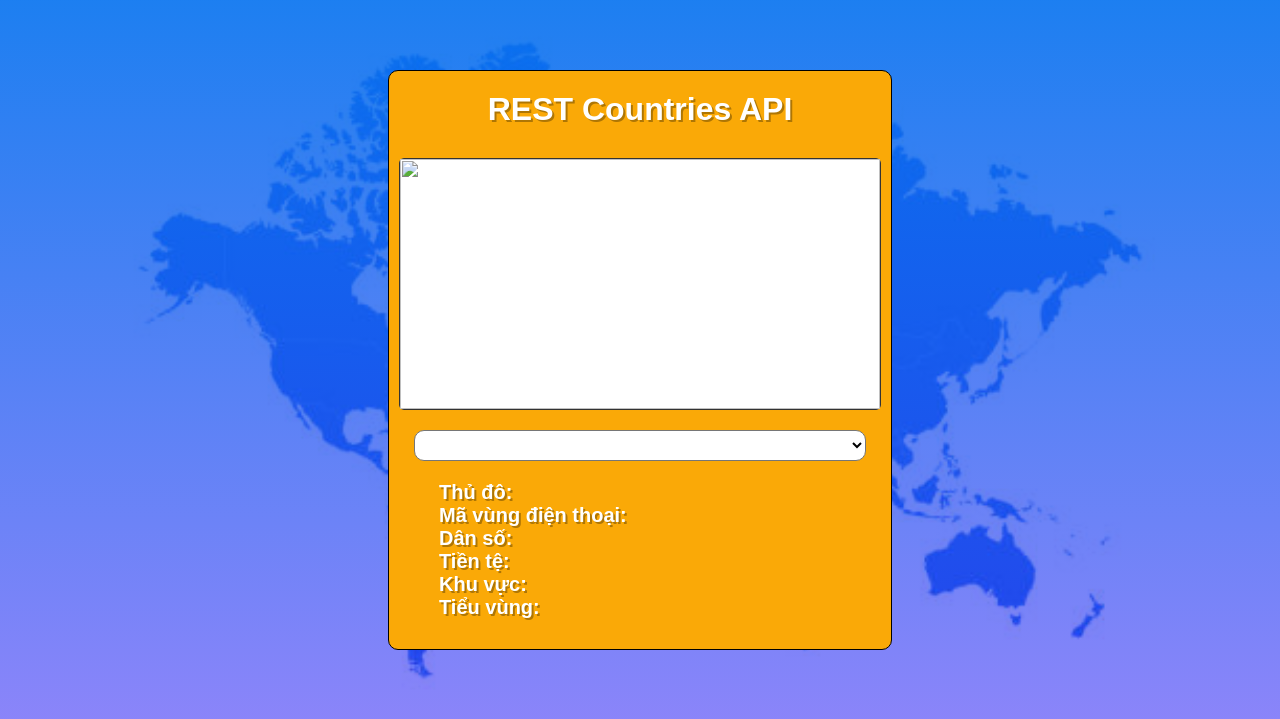
Repository: KhoaTran204/Rest-countries-api-app
Page: index.html
These files come from the project's save history. The page is drawn as it stood at one moment and after the next save; the edit follows.
The browser window is 1280 px wide. The pictures show the whole page.
The page's requests for data from a server got no answer.

Above is the page before, as saved 2024-04-14 09:27:56.

### index.html
<!DOCTYPE html>
<html lang="en">
  <head>
    <meta charset="UTF-8" />
    <meta name="viewport" content="width=device-width, initial-scale=1.0" />
    <link rel="stylesheet" href="style.css" />
    <title>Rest Countries API</title>
  </head>
  <body>
    <div class="container">
      <h1>REST Countries API</h1>
      <div id="main-container">
        <div id="flag-container">
          <img src="" alt="" />
        </div>
        <div id="info-container">
          <select id="countries"></select>
          <div class="info">
            <p>Thủ đô: <span id="capital"></span></p>
            <p>Mã vùng điện thoại: <span id="dialing-code"></span></p>
            <p>Dân số: <span id="population"></span></p>
            <p>Tiền tệ: <span id="currencies"></span></p>
            <p>Khu vực: <span id="region"></span></p>
            <p>Tiểu vùng: <span id="subregion"></span></p>
          </div>
        </div>
      </div>
    </div>
    <script src="app.js"></script>
  </body>
</html>

### style.css
* {
  margin: 0;
  padding: 0;
  box-sizing: border-box;
}

body {
  font-family: sans-serif;
  height: 100vh;
  display: flex;
  justify-content: center;
  align-items: center;
  /* background-image: url(anh/bando.jpg);
  background-repeat: no-repeat;
  background-position: center;
  background-size: cover; */
  background: linear-gradient(
      to top,
      rgba(23, 11, 244, 0.5),
      rgba(4, 113, 239, 0.9)
    ),
    url(anh/bando.jpg) no-repeat center/cover;
}

#flag-container {
  margin: 10px;
  height: 252px;
  background-color: #fff;
  border: 1px solid #333;
  border-radius: 5px;
}

#flag-container img {
  display: block;
  width: 100%;
  height: 100%;
}

.container {
  background-color: rgb(250, 169, 7);
  border-radius: 10px;
  border: 1px solid black;
}
.container h1 {
  text-align: center;
  text-shadow: 2px 2px rgba(0, 0, 0, 0.3);
  color: #fff;
  margin: 20px;
}
#main-container {
  width: 502px;
  margin: 30px auto;
  padding: 0;
}
#flag-container {
  height: 252px;
  background-color: #fff;
  border: 1px solid #333;
}
#flag-container img {
  display: block;
  width: 100%;
  height: 100%;
}
#info-container select {
  display: block;
  border-radius: 10px;
  margin: 20px auto;
  padding: 5px;
  min-width: 90%;
  color: black;
  font-size: 15px;
  font-weight: bold;
  text-align-last: center;
  background-color: #fff;
  text-decoration: underline;
}
#flag-container select:active {
  background-color: black;
}
.info {
  margin-left: 50px;
  color: #fff;
  font-size: 20px;
  font-weight: bold;
  text-shadow: 2px 2px rgba(0, 0, 0, 0.3);
}

### app.js
const countrieslist = document.getElementById("countries");
let countries;

countrieslist.addEventListener("change", (event) =>
  displayCountryInfo(event.target.value)
);

// fetch("https://restcountries.com/v2/all")
//   .then(function (res) {
//     console.log(res);
//     return res.json();
//   })
//   .then(function (data) {
//     console.log(data);
//     initialize(data);
//   })
//   .catch(function (err) {
//     console.log("Lỗi: ", err);
//   });
fetch("https://restcountries.com/v2/all").then((res) => {
  res
    .json()
    .then((data) => initialize(data))
    .catch((err) => console.log("Lỗi: ", err));
});
function initialize(countriesData) {
  countries = countriesData;
  let options = "";
  //   for (let i = 0; i < countries.length; i++) {
  //     options += `<option value="${countries[i].alpha3Code}">${countries[i].name}</option>`;
  //   }
  countries.forEach(
    (country) =>
      (options += `<option value="${country.alpha3Code}">${country.name}</option>`)
  );
  //   document.getElementById("countries").innerHTML = options;
  //   document.querySelector("countries").innerHTML = options;
  countrieslist.innerHTML = options;
  countrieslist.selectedIndex = Math.floor(
    Math.random() * countrieslist.length
  );
  displayCountryInfo(countrieslist[countrieslist.selectedIndex].value);
}

function displayCountryInfo(countryByAlpha3Code) {
  const countryData = countries.find(
    (country) => country.alpha3Code === countryByAlpha3Code
  );
  console.log(countryData);
  document.querySelector("#flag-container img").src = countryData.flag;
  document.querySelector(
    "#flag-container img"
  ).alt = `Flag of ${countryData.name}`;
  document.getElementById("capital").innerHTML = countryData.capital;
  document.getElementById(
    "dialing-code"
  ).innerHTML = `+ ${countryData.callingCodes[0]}`;
  document.getElementById("population").innerHTML =
    countryData.population.toLocaleString("en-US");
  document.getElementById("currencies").innerHTML = countryData.currencies
    .filter((c) => c.name)
    .map((c) => `${c.name} (${c.code})`)
    .join(", ");
  document.getElementById("region").innerHTML = countryData.region;
  document.getElementById("subregion").innerHTML = countryData.subregion;
}

After the next save:
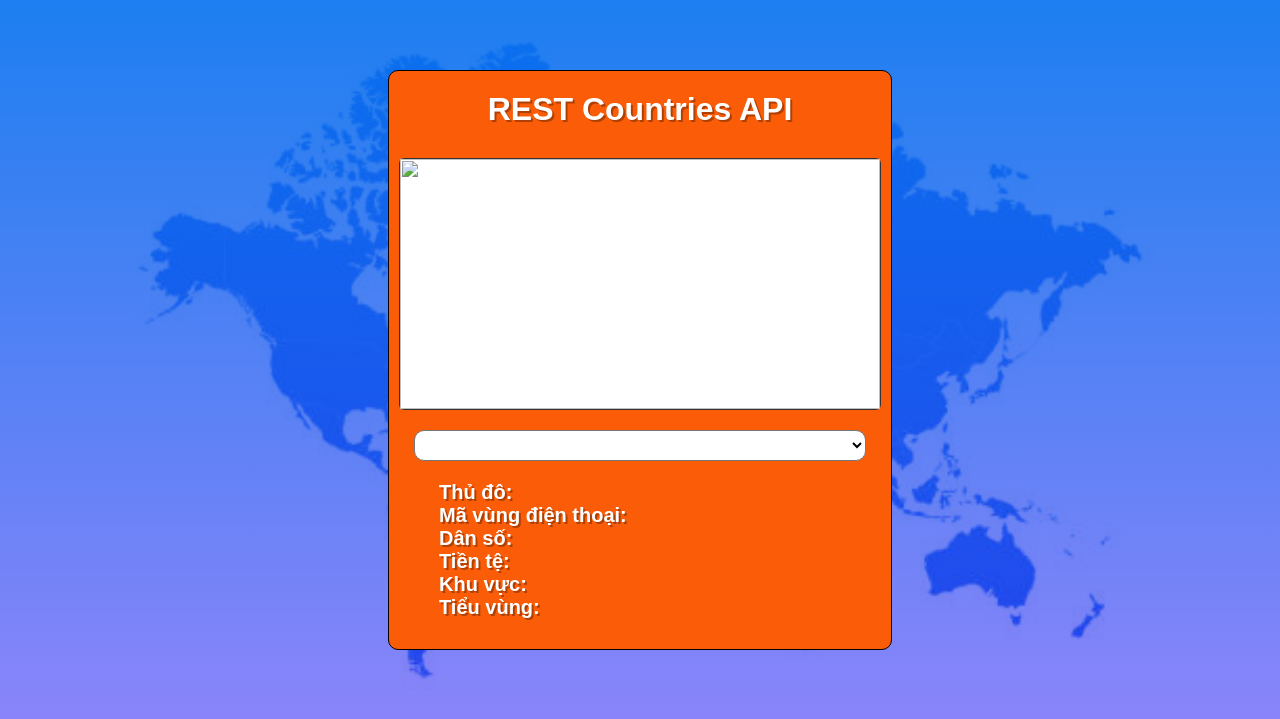
Saved 8 s later.
--- a/style.css
+++ b/style.css
@@ -37,7 +37,7 @@ body {
 }
 
 .container {
-  background-color: rgb(250, 169, 7);
+  background-color: rgb(250, 92, 7);
   border-radius: 10px;
   border: 1px solid black;
 }
